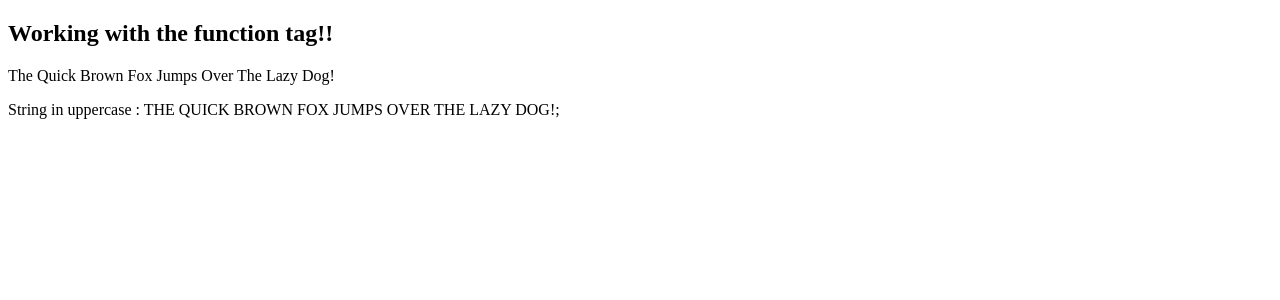
Repository: RG4025/AdvanceJava
Page: http://localhost/ClassWorkFeb21/functionDemo.jsp
These files come from the project's save history. The page is drawn as it stood at one moment and after the next save; the edit follows.
The browser window is 1280 px wide. The pictures show the whole page.
The page is served by Tomcat 9.

Above is the page before, as saved 2024-02-21 09:33:28.

### ClassWorkFeb21/src/main/webapp/functionDemo.jsp
<%@ page language="java" contentType="text/html; charset=ISO-8859-1"
    pageEncoding="ISO-8859-1"%>
    <%@ taglib uri="http://java.sun.com/jsp/jstl/functions" prefix="fn" %>
    <%@ taglib uri="http://java.sun.com/jsp/jstl/core" prefix="c" %>
<!DOCTYPE html>
<html>
<head>
<meta charset="ISO-8859-1">
<title>Insert title here</title>
</head>
<body>

	<h2>
		Working with the function tag!!

	</h2>

	<p>
	The Quick Brown Fox Jumps Over The Lazy Dog!

	</p>

	<c:set var="str" value="The Quick Brown Fox Jumps Over The Lazy Dog!"></c:set>
		String in uppercase : ${fn:toUpperCase(str)};
	<strong>



	</strong>


</body>
</html>

After the next save:
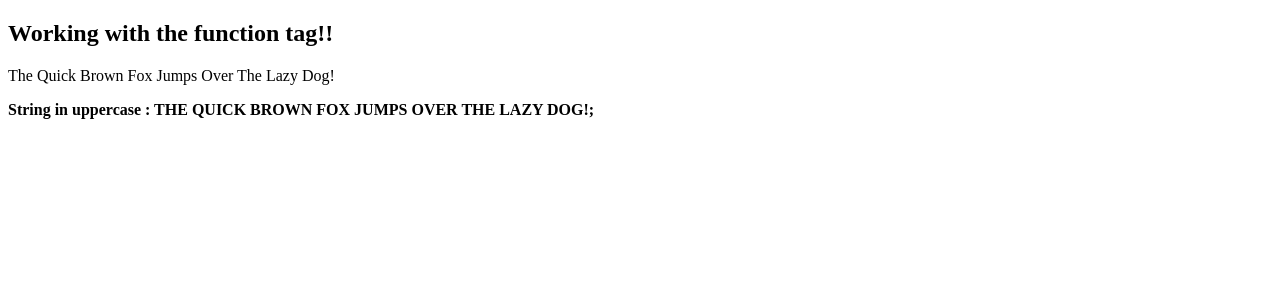
Saved 23 s later.
--- a/ClassWorkFeb21/src/main/webapp/functionDemo.jsp
+++ b/ClassWorkFeb21/src/main/webapp/functionDemo.jsp
@@ -21,10 +21,10 @@
 	</p>
 
 	<c:set var="str" value="The Quick Brown Fox Jumps Over The Lazy Dog!"></c:set>
-		String in uppercase : ${fn:toUpperCase(str)};
-	<strong>
 
 
+	<strong>
+		String in uppercase : ${fn:toUpperCase(str)};
 
 	</strong>
 
